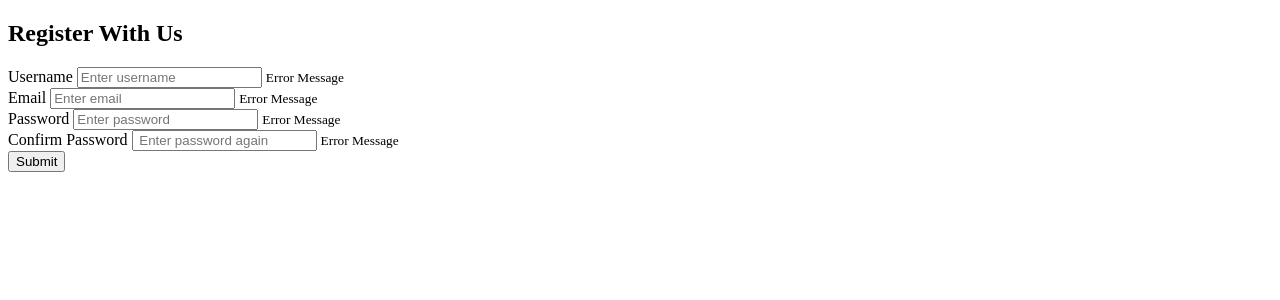
Repository: Youvelop/formValidator
Page: index.html
These files come from the project's save history. The page is drawn as it stood at one moment and after the next save; the edit follows.
The browser window is 1280 px wide. The pictures show the whole page.

Above is the page before, as saved 2020-06-25 18:46:09.

After the next save:
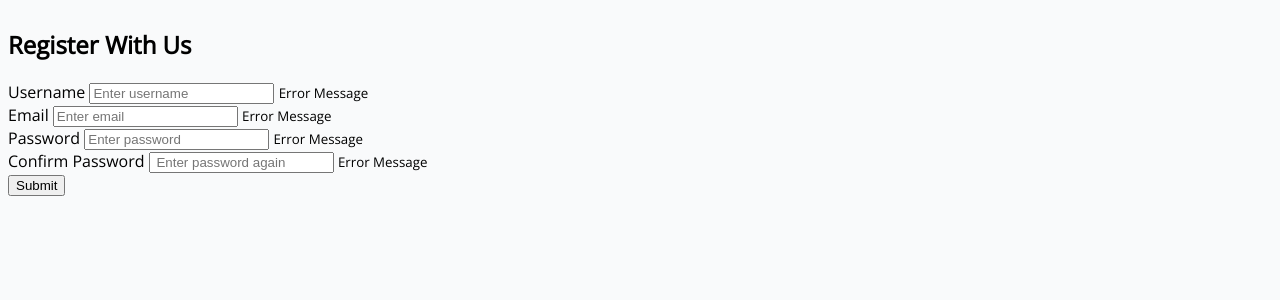
Saved 67 s later.
--- a/style.css
+++ b/style.css
@@ -1 +1,11 @@
 @import url('https://fonts.googleapis.com/css?family=Open+Sans&display=swap');
+
+* {
+  box-sizing: border-box;
+}
+
+body {
+  background-color: #f9fafb;
+  font-family: 'Open Sans', sans-serif;
+  display: flex;
+}
